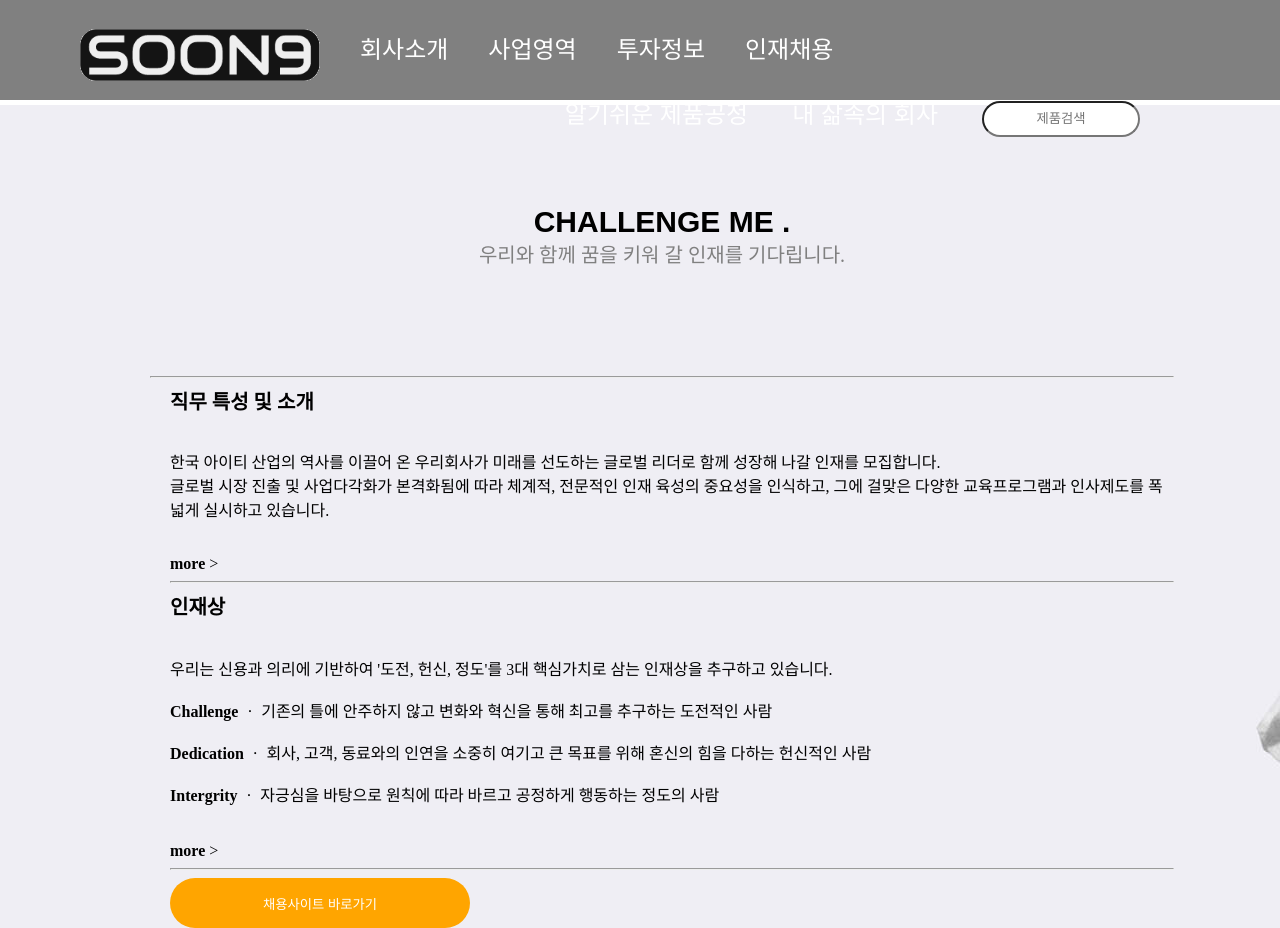
Repository: golddrone7/front
Page: soon9/src/main/webapp/index.html
The author's editor kept a copy of each file at every save. The page is drawn from the files as they stood at one save, then again after the next save.
The browser window is 1280 px wide. The pictures show the whole page.

Above is the page before, as saved 2023-03-02 02:55:06.

After the next save:
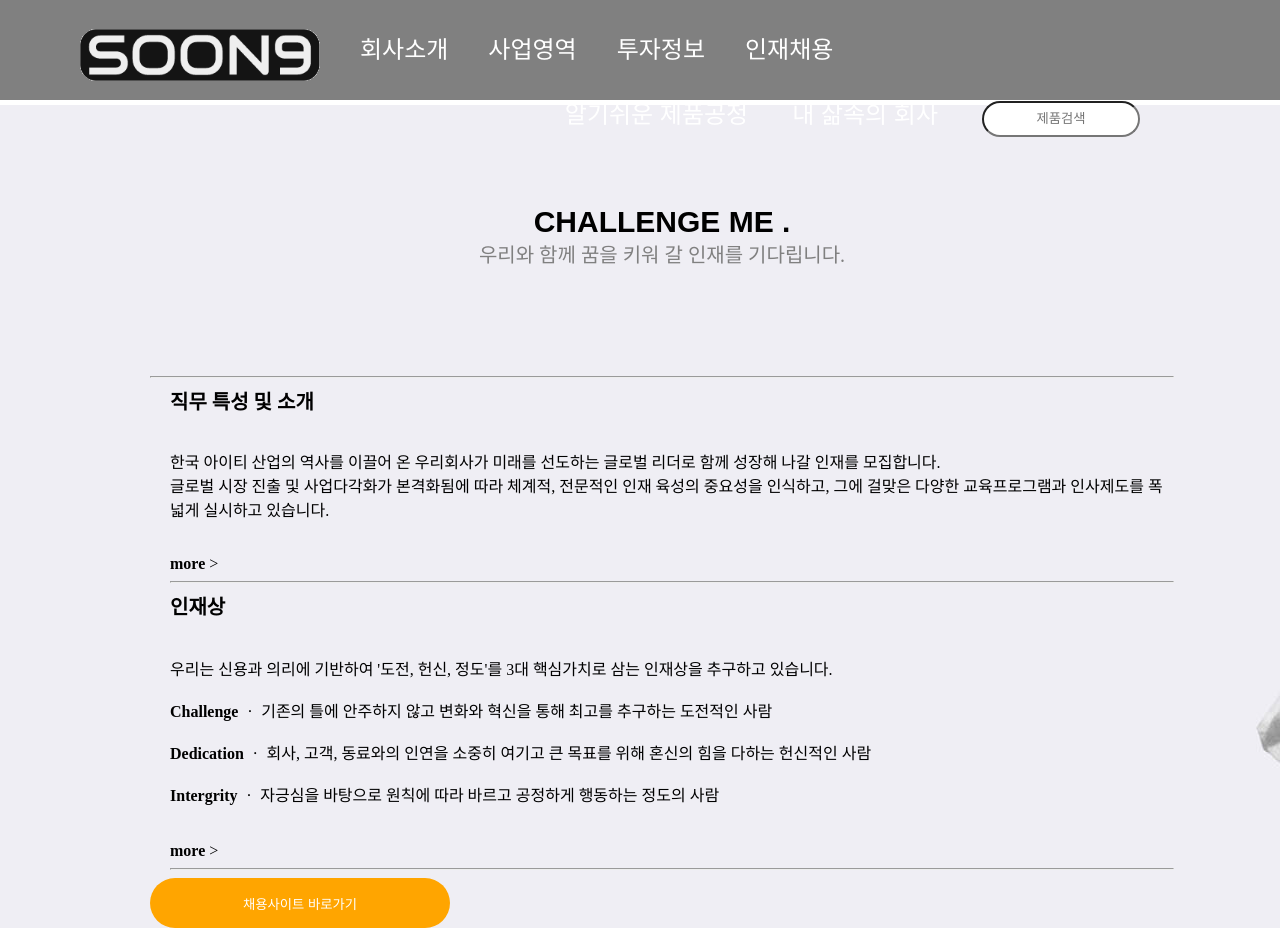
Saved 51 s later.
--- a/soon9/src/main/webapp/index.html
+++ b/soon9/src/main/webapp/index.html
@@ -52,9 +52,9 @@
 		<br><br><br>
 		<b>more</b> >
 		<hr>
-		<div>
+	</div>
+	<div class="hire-site">
 		<button>채용사이트 바로가기</button>
-		</div>
 	</div>
 </div>
 
